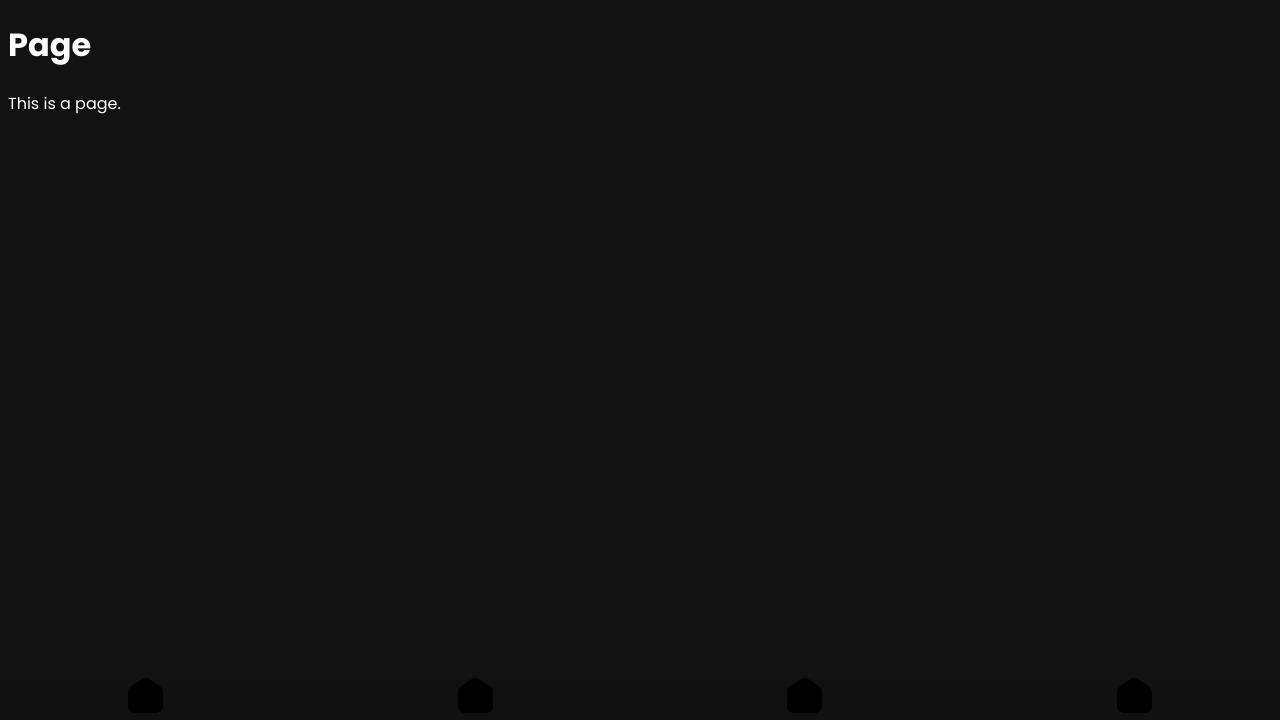
Repository: NubbDev/anime-frontend
Page: /
An editor plug-in stored every save of this project. The page is shown before and after the next save, followed by the edit.
The browser window is 1280 px wide. The pictures show the whole page.
The project was rebuilt for these pictures with package versions that can differ from the ones it lists, and the page was loaded fresh each time. The framework's server and built-in components were replaced by stand-ins that run in the browser. Also part of the build but not shown: svelte.config.js, vite.config.js.

Above is the page before, as saved 2024-08-08 01:31:33.

After the next save:
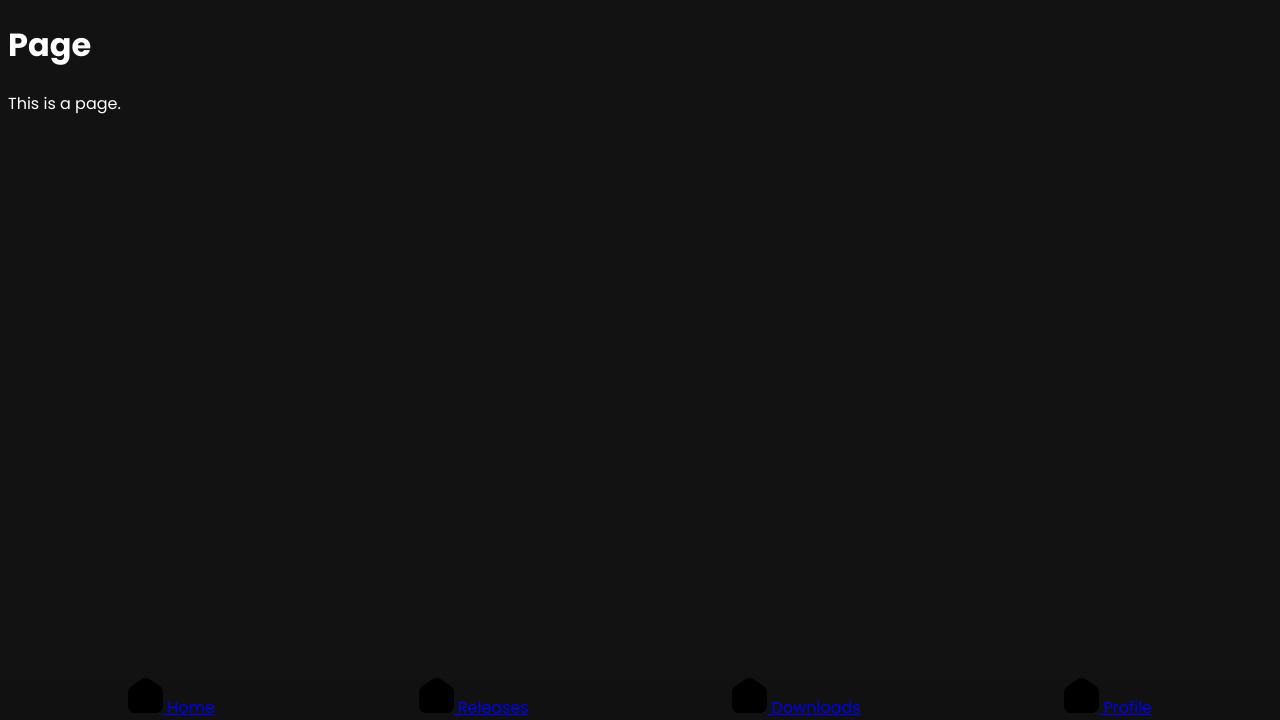
Saved 31 s later.
--- a/src/components/navigation/NavBar.svelte
+++ b/src/components/navigation/NavBar.svelte
@@ -43,8 +43,10 @@
         <a href={option.href}>
             {#if path === option.href}
                 <img src={FilledHouse} alt={option.name} style="fill: white;">
+                <span>{option.name}</span>
             {:else}
                 <img src={FilledHouse} alt={option.name}>
+                <span>{option.name}</span>
             {/if}
         </a>
     {/each}
